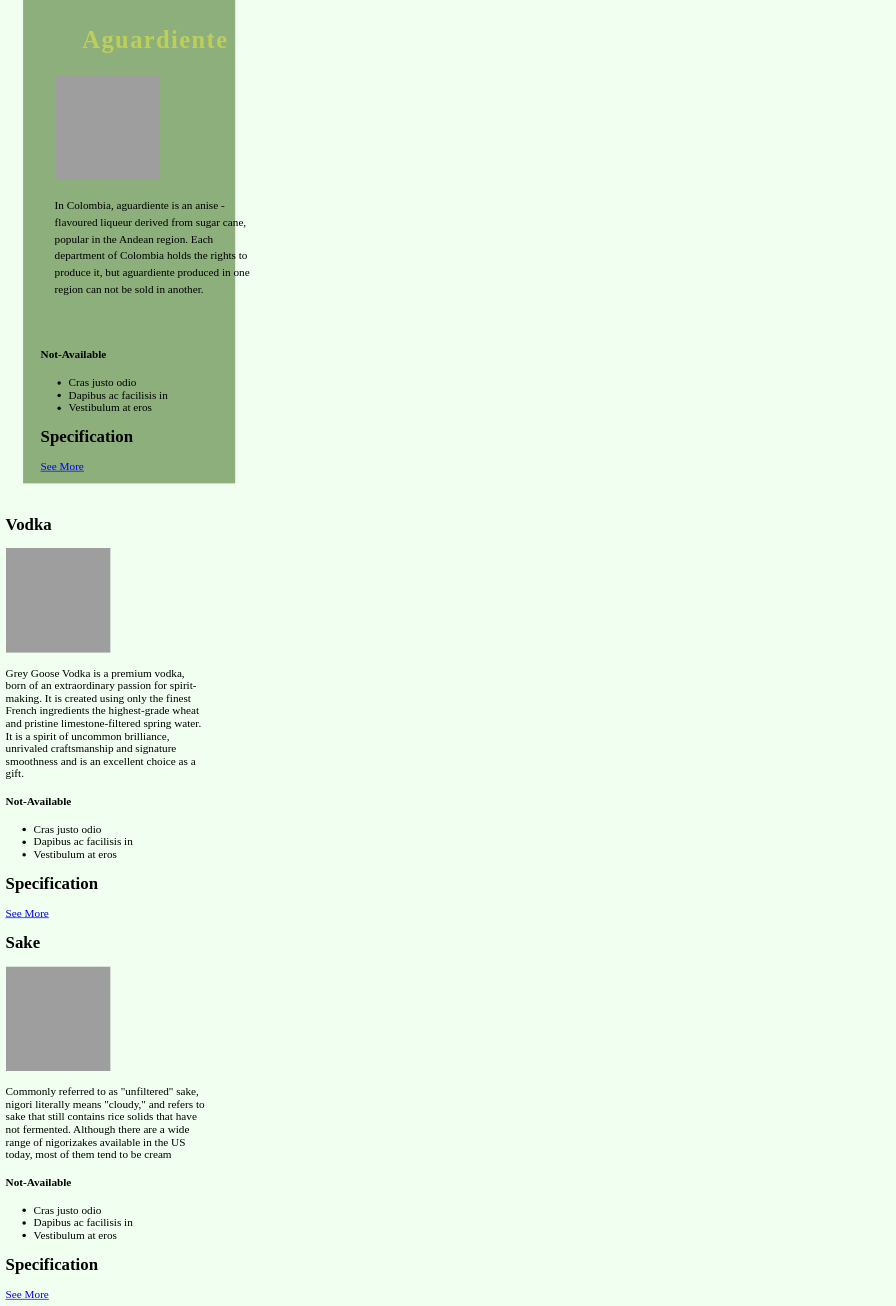
Repository: ZamlZam/REPO-11
Page: product-cards/index.html
The author's editor kept a copy of each file at every save. The page is drawn from the files as they stood at one save, then again after a run of saves.
The browser window is 1280 px wide. The pictures show the part of the page from y = 1642 to 3562 px (the page is 3508 px tall before and 3562 px after), at 70% of full size.
Pictures or frames that could not be fetched are drawn as grey boxes.

Above is the page before, as saved 2023-04-14 20:37:43.

### product-cards/index.html
<!DOCTYPE html>
<html lang="en">
<head>
  <meta charset="UTF-8">
  <meta http-equiv="X-UA-Compatible" content="IE=edge">
  <meta name="viewport" content="width=device-width, initial-scale=1.0">
  <title>Document</title>
  <link rel="stylesheet" href="main.css">
</head>
<body>

  <div class ="wrapper">
    <div class="header"> ZamZam's Distillery</div>

  <div class="card-wrap">
    <div class="card-item">
    <div class="card1" style="width: 18rem;">
      <h2 class="whiskey">Jack Daniel</h2>
     <img src="https://www.finewinedelivery.co.nz/content/products/original/16561.jpg?width=1136" height = "150px" width="150px" alt="">
    <div class="card-body">

      <p class="card-text">Jack Daniel's is a Tennessee whiskey that has been around since the 1800s. It is the world's top-selling American whiskey and is considered very smooth.</p>
    </div>
  </div>
    <h4 class="Available">Not-Available</h4>
    <ul class="list-group list-group-flush">
      <li class="list-group-item">Cras justo odio</li>
      <li class="list-group-item">Dapibus ac facilisis in</li>
      <li class="list-group-item">Vestibulum at eros</li>
    </ul>
    <h2 class="specification">Specification</h2>
    <div class="card-body">
      <a href="#" class="btn btn-primary">See More</a>

    </div>
  </div>
  </div>
  </div>

  <div class="card-wrap2">
    <div class="card-item2">
    <div class="card2" style="width: 18rem;">
      <h2 class="tequila">Patron</h2>
     <img src="https://th.bing.com/th/id/OIP.omD1u9-5BvE0kcntTUyq4AHaGJ?pid=ImgDet&rs=1" height = "150px" width="150px" alt="">
    <div class="card-body2">

      <p class="card-text2">Patrón is a popular tequila brand, and its Silver Tequila is one of the hottest spirits on the market. Distilled in Jalisco, Mexico, from blue Weber agave, it's widely distributed and found in almost every bar and liquor store.</p>
    </div>
  </div>
    <h4 class="Available">Not-Available</h4>
    <ul class="list-group list-group-flush">
      <li class="list-group-item">Cras justo odio</li>
      <li class="list-group-item">Dapibus ac facilisis in</li>
      <li class="list-group-item">Vestibulum at eros</li>
    </ul>
    <h2 class="specification">Specification</h2>
    <div class="card-body">
      <a href="#" class="btn btn-primary">See More</a>

    </div>
  </div>
  </div>
</div>

<div class="card-wrap3">
  <div class="card-item3">
  <div class="card3" style="width: 18rem;">
    <h2 class="rum">Aguardiente</h2>
   <img src="https://s.cornershopapp.com/product-images/1050370.jpg?versionId=xuP.iP5MiWyH4wgZVeVdTTerM65pvh4C" height = "150px" width="150px" alt="">
  <div class="card-body3">

    <p class="card-text3">In Colombia, aguardiente is an anise -flavoured liqueur derived from sugar cane, popular in the Andean region. Each department of Colombia holds the rights to produce it, but aguardiente produced in one region can not be sold in another.</p>
  </div>
</div>
  <h4 class="Available">Not-Available</h4>
  <ul class="list-group list-group-flush">
    <li class="list-group-item">Cras justo odio</li>
    <li class="list-group-item">Dapibus ac facilisis in</li>
    <li class="list-group-item">Vestibulum at eros</li>
  </ul>
  <h2 class="specification">Specification</h2>
  <div class="card-body">
    <a href="#" class="btn btn-primary">See More</a>

  </div>
</div>
</div>
</div>

<div class="card-wrap4">
  <div class="card-item4">
  <div class="card4" style="width: 18rem;">
    <h2 class="Vodka">Vodka</h2>
   <img src="https://th.bing.com/th/id/OIP.A0LuDfu3pj8rYBoiSEGyLwHaNo?pid=ImgDet&rs=1" height = "150px" width="150px" alt="">
  <div class="card-body4">

    <p class="card-text4">Grey Goose Vodka is a premium vodka, born of an extraordinary passion for spirit-making. It is created using only the finest French ingredients the highest-grade wheat and pristine limestone-filtered spring water. It is a spirit of uncommon brilliance, unrivaled craftsmanship and signature smoothness and is an excellent choice as a gift.</p>
  </div>
</div>
  <h4 class="Available">Not-Available</h4>
  <ul class="list-group list-group-flush">
    <li class="list-group-item">Cras justo odio</li>
    <li class="list-group-item">Dapibus ac facilisis in</li>
    <li class="list-group-item">Vestibulum at eros</li>
  </ul>
  <h2 class="specification">Specification</h2>
  <div class="card-body">
    <a href="#" class="btn btn-primary">See More</a>

  </div>
</div>
</div>
</div>

<div class="card-wrap5">
  <div class="card-item5">
  <div class="card5" style="width: 18rem;">
    <h2 class="Sake">Sake</h2>
   <img src="https://www.wespeakwine.com/resize/Shared/Images/Product/Ohyama-Tokubetsu-Junmai-Nigori-Big-Mountain-Cloudy-Sake-500ML/ohyama_nigori_bottle.jpg?lr=t&bw=600&bh=600" height = "150px" width="150px" alt="">
  <div class="card-body5">

    <p class="card-text5">Commonly referred to as "unfiltered" sake, nigori literally means "cloudy," and refers to sake that still contains rice solids that have not fermented. Although there are a wide range of nigorizakes available in the US today, most of them tend to be cream</p>
  </div>
</div>
  <h4 class="Available">Not-Available</h4>
  <ul class="list-group list-group-flush">
    <li class="list-group-item">Cras justo odio</li>
    <li class="list-group-item">Dapibus ac facilisis in</li>
    <li class="list-group-item">Vestibulum at eros</li>
  </ul>
  <h2 class="specification">Specification</h2>
  <div class="card-body">
    <a href="#" class="btn btn-primary">See More</a>

  </div>
</div>
</div>
</div>
</body>


</html>

### product-cards/main.css
body{
  background-color:honeydew;
}

.wrapper .header {
  width: 100%;
  height: 50px;
  background: lightgreen;
  color: lightcoral;
  text-align: center;
  align-items: center;
  font-size: 30px;
  display:flex;
  justify-content: center;
  font-weight:500;
}

.card-wrap {
  padding: 25px;

  width: 20%;
  height: 100%;
  display: flex;
  justify-content: space-between;
  flex-wrap: wrap;
}

.card-wrap .card-item {
  padding: 15px 25px;
  width: 100%;
  background-color:khaki;
}

.card-wrap .card1 {
  padding: 35px 20px;
  border-radius: 5px;
  min-width: 225px;
  min-height: 300px;

}

.card-wrap .card1 img{
  margin-bottom: 5px;



}

.card-wrap .card1 .whiskey{
  color:teal;
  font-weight: 900;
  letter-spacing: 2px;
  font-size: 35px;
  white-space: nowrap;
  justify-content: center;
  text-align: center;
  align-items: center;
}

.card-wrap .card1 .card-body{
  font-style: 14px;
  line-height: 24px;
  color:black;
}

/**/

.card-wrap2 {
  padding: 25px;

  width: 20%;
  height: 100%;
  display: flex;
  justify-content: space-between;
  flex-wrap: wrap;
}

.card-wrap2 .card-item2 {
  padding: 15px 25px;
  width: 100%;
  background-color:tan;
}

.card-wrap2 .card2 {
  padding: 35px 20px;
  border-radius: 5px;
  min-width: 225px;
  min-height: 300px;

}

.card-wrap2 .card2 img{
  margin-bottom: 5px;
}

.card-wrap2 .card2 .tequila{
  color:brown;
  font-weight: 900;
  letter-spacing: 2px;
  font-size: 35px;
  white-space: nowrap;
  justify-content: center;
  text-align: center;
  align-items: center;
}

.card-wrap2 .card2 .card-body2{
  font-style: 14px;
  line-height: 24px;
  color:black;
}

/**/

.card-wrap3 {
  padding: 25px;

  width: 20%;
  height: 100%;
  display: flex;
  justify-content: space-between;
  flex-wrap: wrap;
}

.card-wrap3 .card-item3 {
  padding: 15px 25px;
  width: 100%;
  background-color:rgb(140, 175, 124);
}

.card-wrap3 .card3 {
  padding: 35px 20px;
  border-radius: 5px;
  min-width: 225px;
  min-height: 300px;

}

.card-wrap3 .card3 img{
  margin-bottom: 5px;
}

.card-wrap3 .card3 .rum{
  color:rgb(190, 207, 89);
  font-weight: 900;
  letter-spacing: 2px;
  font-size: 35px;
  white-space: nowrap;
  justify-content: center;
  text-align: center;
  align-items: center;
}

.card-wrap3 .card3 .card-body3{
  font-style: 14px;
  line-height: 24px;
  color:black;
}


/**/

.card-wrap3 {
  padding: 25px;

  width: 20%;
  height: 100%;
  display: flex;
  justify-content: space-between;
  flex-wrap: wrap;
}

.card-wrap3 .card-item3 {
  padding: 15px 25px;
  width: 100%;
  background-color:rgb(140, 175, 124);
}

.card-wrap3 .card3 {
  padding: 35px 20px;
  border-radius: 5px;
  min-width: 225px;
  min-height: 300px;

}

.card-wrap3 .card3 img{
  margin-bottom: 5px;
}

.card-wrap3 .card3 .rum{
  color:rgb(190, 207, 89);
  font-weight: 900;
  letter-spacing: 2px;
  font-size: 35px;
  white-space: nowrap;
  justify-content: center;
  text-align: center;
  align-items: center;
}

.card-wrap3 .card3 .card-body3{
  font-style: 14px;
  line-height: 24px;
  color:black;
}

After the next 5 saves:
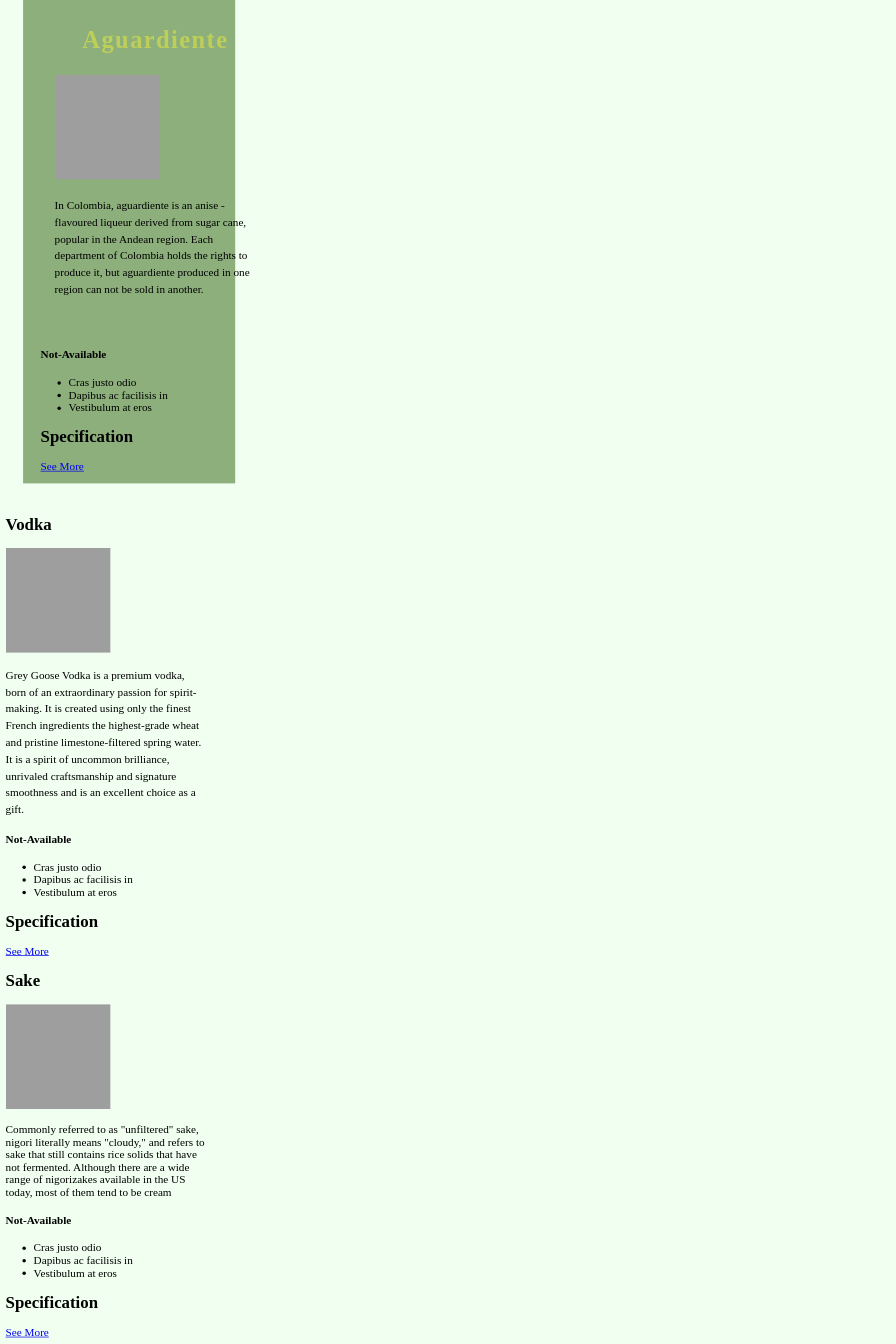
The 5 saves are shown as one change because they came seconds apart.
The last was saved 15 s later.
--- a/product-cards/main.css
+++ b/product-cards/main.css
@@ -188,7 +188,7 @@
   margin-bottom: 5px;
 }
 
-.card-wrap3 .card3 .rum{
+.card-wrap4 .card4 .rum{
   color:rgb(190, 207, 89);
   font-weight: 900;
   letter-spacing: 2px;
@@ -199,8 +199,8 @@
   align-items: center;
 }
 
-.card-wrap3 .card3 .card-body3{
-  font-style: 14px;
-  line-height: 24px;
-  color:black;
-}
+.card-wrap4 .card4 .card-body4{
+  font-style: 14px;
+  line-height: 24px;
+  color:black;
+}
